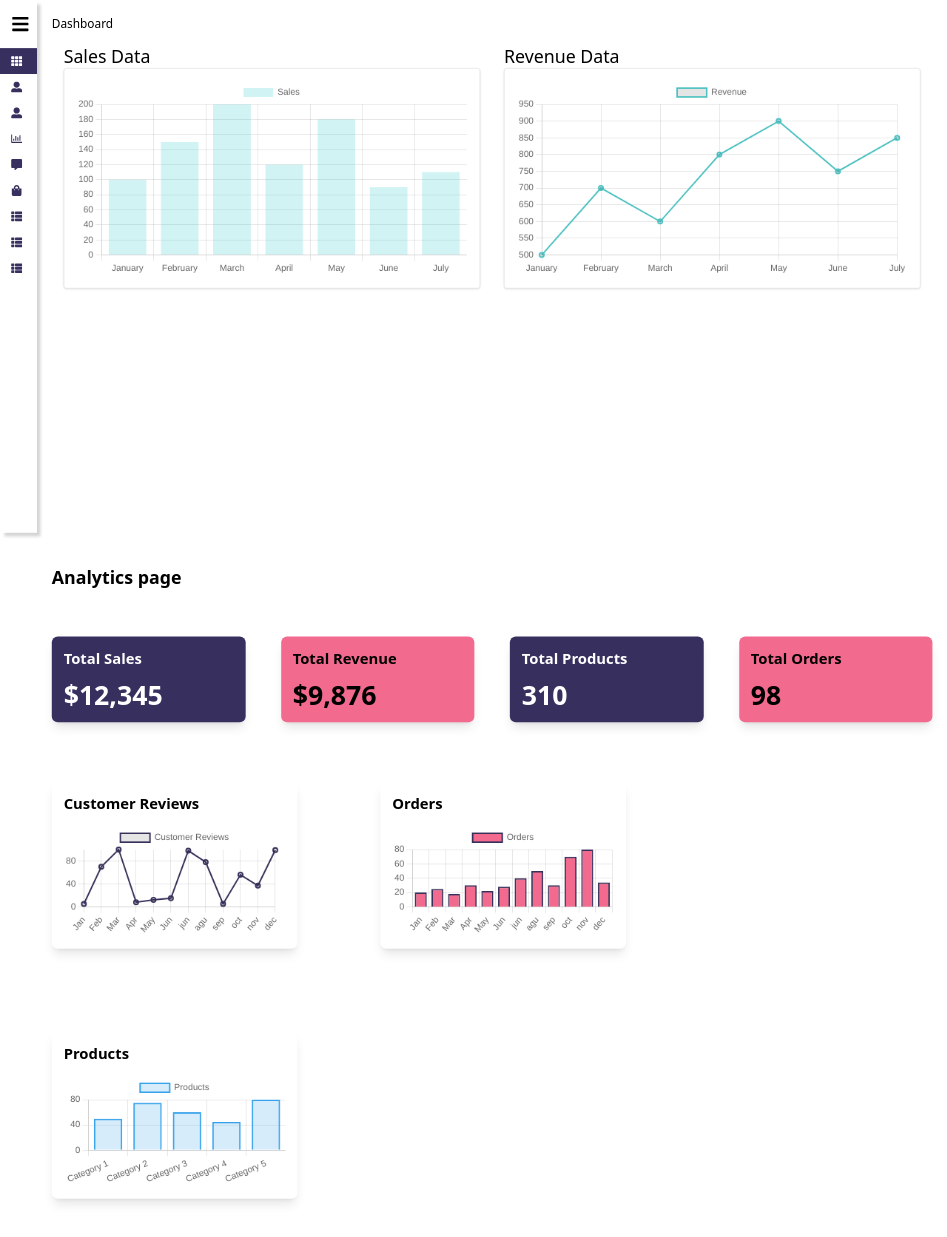
Repository: AndargWorku12/admin-dashboard
Page: /
An editor plug-in stored every save of this project. The page is shown before and after the next save, followed by the edit.
The browser window is 1280 px wide. The pictures show the whole page, at 74% of full size.
The project was rebuilt for these pictures with package versions that can differ from the ones it lists, and the page was loaded fresh each time. Also part of the build but not shown: src/styles/orders.css, src/pages/OrderTable.tsx, src/pages/OrderModal.tsx, src/pages/Orders.tsx, src/pages/CategoryDropdown.tsx, src/pages/CategoryModal.tsx, src/pages/CategoryPage.tsx, src/styles/login.css and 9 more.

Above is the page before, as saved 2024-02-02 02:48:31.

### src/index.tsx
import { ColorModeScript } from "@chakra-ui/react"
import * as React from "react"
import * as ReactDOM from "react-dom/client"
import App from "./App"
import './index.css'

const container = document.getElementById("root")
if (!container) throw new Error('Failed to find the root element');
const root = ReactDOM.createRoot(container)

root.render(

  <React.StrictMode>
    <ColorModeScript />
    <App />
  </React.StrictMode>,

)

### src/App.tsx

import React, {useState} from 'react';
import { BrowserRouter, Route, Routes } from 'react-router-dom';
import Sidebar from './components/Sidebar';
import Dashboard from './pages/Dashboard';
// import SignUpForm from './pages/LoginPopup'
import Orders from './pages/Orders';
import Category from './pages/CategoryPage';
import Login from './pages/Login'
import Analytics from './pages/Analytics';
import CustemerReview from './pages/CustemerReview';
import ProductList from './pages/ProductList';
import ShopCard from './pages/ShopCard';
import './App.css'
import SignUpForm from './pages/SignUpForm';
import ForgotPassword from './pages/ForgetPassword';
import AnalyticsPage from './pages/Analytics';



type SaleData = {
  date: string;
  amount: number;
};

type RevenueData = {
  month: string;
  revenue: number;
};

type Product = {
    id: string;
    photo: string;
    name: string;
    price: number;
    category: string;
};

type Order = {
    id: string;
    productName: string;
    quantity: number;
    totalPrice: number;

};

type CategoryType = {
  id: string;
  photo:string;
  name: string;
};



// Sample props for components
type DashboardProps = {
  saleData: SaleData[];
  revenueData: RevenueData[];
  // ... other props
};

type AnalyticsProps = {
  salesData: SaleData[];
  // ... other props
};

type ProductProps = {
  products: Product[];
  onUpdate: (productId: string, updatedProduct: Product) => void;

};




type OrderProps = {
  orders: Order[];
  // ... other props
};

type CategoryProps = {
  categories: CategoryType[];
  // ... other props
};







const App: React.FC = () => {


// for the product page to handle
  const [products, setProducts] = useState<Product[]>([


    {
      id: '1',
      photo: 'https://img.ltwebstatic.com/images3_pi/2022/01/10/16417919016a32607182dd11dedeb77e8324b683e8_thumbnail_900x.webp',
      name: 'Product 1',
      price: 29.99,
      category: 'Electronics',
    },
    {
      id: '2',
      photo: 'https://img.ltwebstatic.com/images3_pi/2022/01/10/16417919016a32607182dd11dedeb77e8324b683e8_thumbnail_900x.webp',
      name: 'Product 2',
      price: 49.99,
      category: 'Clothing',
    },
    {
      id: '3',
      photo: 'https://img.ltwebstatic.com/images3_pi/2022/01/10/16417919016a32607182dd11dedeb77e8324b683e8_thumbnail_900x.webp',
      name: 'Product 3',
      price: 9.99,
      category: 'Books',
    },
    {
      id: '4',
      photo: 'https://img.ltwebstatic.com/images3_pi/2022/01/10/16417919016a32607182dd11dedeb77e8324b683e8_thumbnail_900x.webp',
      name: 'Product 4',
      price: 79.99,
      category: 'Home and Kitchen',
    },
    {
      id: '5',
      photo: 'https://img.ltwebstatic.com/images3_pi/2022/01/10/16417919016a32607182dd11dedeb77e8324b683e8_thumbnail_900x.webp',
      name: 'Product 5',
      price: 39.99,
      category: 'Toys',
    },



  ]);

  // Function to handle creating a new product
  const handleCreate = (newProduct: Product) => {
    setProducts((prevProducts) => [...prevProducts, newProduct]);
  };

  // Function to handle updating a product

  const handleUpdate = (productId: string, newName: string, newPrice: number) => {
    setProducts((prevProducts) =>
      prevProducts.map((product) =>
        product.id === productId
          ? { ...product, name: newName, price: newPrice }
          : product
      )
    );
  };



  // Function to handle deleting a product
  const handleDelete = (productId: string) => {
    setProducts((prevProducts) => prevProducts.filter((product) => product.id !== productId));
  };

//  for AnalyticsPage
// for category page


const [categories, setCategories] = useState<CategoryType[]>([
  {
    id: '1',
    photo: 'https://plus.unsplash.com/premium_photo-1661662850226-83c981ed4eba?w=500&auto=format&fit=crop&q=60&ixlib=rb-4.0.3&ixid=M3wxMjA3fDB8MHxzZWFyY2h8MXx8bGFwdG9wJTIwY29tcHV0ZXJ8ZW58MHx8MHx8fDA%3D',
    name: 'Category 1',
  },
  {
    id: '2',
    photo: 'https://plus.unsplash.com/premium_photo-1661662850226-83c981ed4eba?w=500&auto=format&fit=crop&q=60&ixlib=rb-4.0.3&ixid=M3wxMjA3fDB8MHxzZWFyY2h8MXx8bGFwdG9wJTIwY29tcHV0ZXJ8ZW58MHx8MHx8fDA%3D',
    name: 'Category 2',
  },
  {
    id: '3',
    photo: 'https://plus.unsplash.com/premium_photo-1661662850226-83c981ed4eba?w=500&auto=format&fit=crop&q=60&ixlib=rb-4.0.3&ixid=M3wxMjA3fDB8MHxzZWFyY2h8MXx8bGFwdG9wJTIwY29tcHV0ZXJ8ZW58MHx8MHx8fDA%3D',
    name: 'Category 3',
  },
  {
    id: '4',
    photo: 'https://plus.unsplash.com/premium_photo-1661662850226-83c981ed4eba?w=500&auto=format&fit=crop&q=60&ixlib=rb-4.0.3&ixid=M3wxMjA3fDB8MHxzZWFyY2h8MXx8bGFwdG9wJTIwY29tcHV0ZXJ8ZW58MHx8MHx8fDA%3D',
    name: 'Category 4',
  },

]);

// Function to handle creating a new category
// const handleCreateCategory = (newCategory: CategoryType) => {
//   setCategories((prevCategories) => [...prevCategories, newCategory]);
// };
const handleCreateCategory = (newCategory: CategoryType) => {
  // Add the new category to the list of categories
  setCategories((prevCategories) => [...prevCategories, newCategory]);
};

const handleUpdateCategory = (categoryId: string, newName: string) => {
  setCategories((prevCategories) =>
    prevCategories.map((category) =>
      category.id === categoryId ? { ...category, name: newName } : category
    )
  );
};

// Function to handle deleting a category
const handleDeleteCategory = (categoryId: string) => {
  setCategories((prevCategories) => prevCategories.filter((category) => category.id !== categoryId));
};

  const saleData: SaleData[] = [
    { date: '2022-01-01', amount: 100 },
    { date: '2022-01-02', amount: 150 },
    { date: '2022-01-03', amount: 200 },
    { date: '2022-01-04', amount: 120 },
    { date: '2022-01-05', amount: 180 },
    { date: '2022-01-06', amount: 90 },
    { date: '2022-01-07', amount: 110 },
    { date: '2022-01-08', amount: 130 },
    { date: '2022-01-09', amount: 170 },
    { date: '2022-01-10', amount: 160 },
  ];

  const revenueData: RevenueData[] = [
    { month: 'January', revenue: 500 },
    { month: 'February', revenue: 700 },
    { month: 'March', revenue: 600 },
    { month: 'April', revenue: 800 },
    { month: 'May', revenue: 900 },
    { month: 'June', revenue: 750 },
    { month: 'July', revenue: 850 },
    { month: 'August', revenue: 950 },
    { month: 'September', revenue: 700 },
    { month: 'October', revenue: 850 },
  ];


   const [orders, setOrders] = useState<Order[]>([
    {
      id: '1',
      productName: 'Laptop',
      quantity: 2,
      totalPrice: 2000,
    },
    {
      id: '2',
      productName: 'Smartphone',
      quantity: 3,
      totalPrice: 1200,
    },
    {
      id: '3',
      productName: 'Headphones',
      quantity: 1,
      totalPrice: 100,
    },
    {
      id: '4',
      productName: 'Camera',
      quantity: 1,
      totalPrice: 800,
    },

   ]);

  // Function to create a new order
  const handleCreateOrder = (newOrder: Order) => {
    setOrders((prevOrders) => [...prevOrders, newOrder]);
  };

  // Function to delete an order
  const handleDeleteOrder = (orderId: string) => {
    const updatedOrders = orders.filter(order => order.id !== orderId);
    setOrders(updatedOrders);
  };

  // Function to update an order
  const handleUpdateOrder = (orderId: string, updatedOrder: Order) => {
    // Placeholder implementation: Updating the order in the list
    setOrders((prevOrders) =>
      prevOrders.map((order) =>
        order.id === orderId ? { ...order, ...updatedOrder } : order
      )
    );
  };

  return (
    <div>
    <BrowserRouter>
    <Sidebar>
      <Routes>
        <Route path="/" element={<Dashboard saleData={saleData} revenueData={revenueData}  />} />
        <Route path="/dashboard" element={<Dashboard saleData={saleData} revenueData={revenueData}  />} />
       <Route path="/login" element={<Login/>}/>
       <Route path='/forget-password' element={<ForgotPassword/>}/>
        <Route path="/signup" element={<SignUpForm />} />
        <Route path="/review"element={<CustemerReview username="John" joinedDate="2022-01-01" reviewDate="2022-01-15" reviewText="Lorem ipsum" />}
/>

        <Route path="/analytics" element={<Analytics  />} />
        <Route
  path="/product"
  element={<ProductList />}
/>
        <Route path="/shop" element={<ShopCard />} />
        <Route
        path="/orders"
        element={
          <Orders
/>
        }
      />

        <Route
            path="/category"
            element={<Category />}
          />

      </Routes>
    </Sidebar>
  </BrowserRouter>
  </div>
  );
};

export default App;

### src/components/Sidebar.tsx
import React, { useState } from 'react';
import ReactNode from "react";
import {
    FaTh,
    FaBars,
    FaUserAlt,
    FaRegChartBar,
    FaCommentAlt,
    FaShoppingBag,
    FaThList
} from 'react-icons/fa';
import { NavLink, NavLinkProps } from 'react-router-dom';



interface MenuItem {
    path: string;
    name: string;
    icon: JSX.Element;
}

interface SidebarProps {
  children: React.ReactNode;
}
    const Sidebar: React.FC<React.PropsWithChildren<{}>> = ({ children }) => {
    const [isOpen, setIsOpen] = useState(false);

    const toggle = () => setIsOpen(!isOpen);

    const menuItems: MenuItem[] = [
        {
            path: '/',
            name: 'Dashboard',
            icon: <FaTh />,
        },
        {
            path: '/login',
            name: 'Login',
            icon: <FaUserAlt />,
        },
        {
          path: '/signup',
          name: 'Register form',
          icon: <FaUserAlt />,
      },
        {
            path: '/analytics',
            name: 'Analytics',
            icon: <FaRegChartBar />,
        },
        {
            path: '/review',
            name: 'CustemerReview',
            icon: <FaCommentAlt />,
        },
        {
            path: '/product',
            name: 'Product',
            icon: <FaShoppingBag />,
        },
        {
            path: '/category',
            name: 'Category List',
            icon: <FaThList />,
        },
        {
          path: '/orders',
          name: 'Orders',
          icon: <FaThList />,
      },
      {
        path: '/shop',
        name: 'Sample product',
        icon: <FaThList />,
    },
    ];

    return (
        <div className="container">
            <div style={{ width: isOpen ? '200px' : '50px' }} className="sidebar">
                <div className="top_section">
                    <h1 style={{ display: isOpen ? 'block' : 'none' }} className="logo">
                        Logo
                    </h1>
                    <div style={{ marginLeft: isOpen ? '50px' : '0px' }} className="bars">
                        <FaBars onClick={toggle} />
                    </div>
                </div>
                {menuItems.map((item, index) => (
                    <NavLink to={item.path} key={index} className="link"
                    //  activeClassName="active"
                     >
                        <div className="icon">{item.icon}</div>
                        <div style={{ display: isOpen ? 'block' : 'none' }} className="link_text text-sm">
                            {item.name}
                        </div>
                    </NavLink>
                ))}
            </div>
            <main>{children}</main>
        </div>
    );
};

export default Sidebar;

### src/pages/Dashboard.tsx
import React from 'react';
import { Bar, Line } from 'react-chartjs-2';
import {
  Chart as ChartJS,
  CategoryScale,
  LinearScale,
  BarElement,
  PointElement,
  LineElement,
  Title,
  Tooltip,
  Legend,
} from 'chart.js';
import AnalyticsPage from './Analytics';

ChartJS.register(
  CategoryScale,
  LinearScale,
  BarElement,
  PointElement,
  LineElement,
  Title,
  Tooltip,
  Legend
);
// import Chart from 'chart.js/auto';
// Assuming saleData and revenueData are custom types
type SaleData = {
  date: string;
  amount: number;
};

type RevenueData = {
  month: string;
  revenue: number;
};

interface DashboardProps {
  saleData: SaleData[];
  revenueData: RevenueData[];
}

const Dashboard: React.FC<DashboardProps> = ({ saleData, revenueData }) => {
  const barChartData = {
    labels: ['January', 'February', 'March', 'April', 'May', 'June', 'July'],
    datasets: [
      {
        label: 'Sales',
        data: saleData.map((data) => data.amount),
        backgroundColor: 'rgba(34,192,192,0.2)',



      },
    ],
  };

  const lineChartData = {
    labels: ['January', 'February', 'March', 'April', 'May', 'June', 'July'],
    datasets: [
      {
        label: 'Revenue',
        data: revenueData.map((data) => data.revenue),
        fill: false,
        borderColor: 'rgba(75,192,192,1)',
        borderWidth: 2,
        //some thing


      },
    ],
  };

  return (
    <div>
      <h2>Dashboard</h2>
<div className="flex h-screen">
      <div className="flex-1 max-w-screen-md p-4">
        <h3 className="text-2xl">Sales Data</h3>
        <div className="border p-4 bg-white rounded shadow">
        <Bar data={barChartData} />
      </div>
      </div>

      <div className="flex-1 max-w-screen-md p-4">
        <h3 className="text-2xl">Revenue Data</h3>
        <div className="border p-4 bg-white rounded shadow" >
        <Line data={lineChartData} />
        </div>
      </div>
      </div>
      <div>
      <AnalyticsPage/>
      </div>
    </div>
  );
};

export default Dashboard;











// import React from 'react';
// import { Bar, Line } from 'react-chartjs-2';

// interface DashboardProps {
//   saleData: saleData[];
//   revenueData: revenueData[];
// }

// const Dashboard: React.FC<DashboardProps> = ({ saleData, revenueData }) => {
//   const barChartData = {
//     labels: ['January', 'February', 'March', 'April', 'May', 'June', 'July'],
//     datasets: [
//       {
//         label: 'Sales',
//         data: saleData,
//         backgroundColor: 'rgba(75,192,192,0.2)',
//         borderColor: 'rgba(75,192,192,1)',
//         borderWidth: 1,
//       },
//     ],
//   };

//   const lineChartData = {
//     labels: ['January', 'February', 'March', 'April', 'May', 'June', 'July'],
//     datasets: [
//       {
//         label: 'Revenue',
//         data: revenueData,
//         fill: false,
//         borderColor: 'rgba(75,192,192,1)',
//         borderWidth: 2,
//       },
//     ],
//   };

//   return (
//     <div>
//       <h2>Dashboard</h2>

//       <div>
//         <h3>Sales Data</h3>
//         <Bar data={barChartData} />
//       </div>

//       <div>
//         <h3>Revenue Data</h3>
//         <Line data={lineChartData} />
//       </div>
//     </div>
//   );
// };

// export default Dashboard;

### src/pages/Analytics.tsx

// Install dependencies:
// npm install react-chartjs-2 chart.js

import React from 'react';
import { Bar, Line } from 'react-chartjs-2';
import '../styles/analytics.css'
const AnalyticsPage: React.FC = () => {
  // Sample data
  const customerReviewData = {
    labels: ['Jan', 'Feb', 'Mar', 'Apr', 'May', 'Jun','jun','agu','sep','oct','nov','dec'],
    datasets: [
      {
        label: 'Customer Reviews',
        data: [5, 70, 100, 8, 12, 15,98,78,5,56,37,99],
        borderColor: '#37305A',
        borderWidth: 2,
        fill: false,
      },
    ],
  };

  const ordersData = {
    labels: ['Jan', 'Feb', 'Mar', 'Apr', 'May', 'Jun','jun','agu','sep','oct','nov','dec'],
    datasets: [
      {
        label: 'Orders',
        data: [20, 25, 18, 30, 22, 28,40,50,30,70,80,34],
        backgroundColor: '#F26A8D',
        borderColor: '#37305A',
        borderWidth: 2,
      },
    ],
  };

  const productsData = {
    labels: ['Category 1', 'Category 2', 'Category 3', 'Category 4', 'Category 5'],
    datasets: [
      {
        label: 'Products',
        data: [50, 75, 60, 45, 80],
        backgroundColor: 'rgba(54, 162, 235, 0.2)',
        borderColor: 'rgba(54, 162, 235, 1)',
        borderWidth: 2,
      },
    ],
  };

  return (
    <>
    <h2 className='text-black font-bold text-2xl mb-16'>Analytics page</h2>

    <div className="col-span-4 md:col-span-2 lg:col-span-1 flex justify-between gap-8 mb-20 ">
          <div className="card1 p-4 rounded-lg shadow-lg flex-1 mr-4">
            <h2 className="text-xl font-bold mb-4">Total Sales</h2>
            <p className="text-4xl font-bold">$12,345</p>
          </div>
                {/* <div className='gap-8 col-span-3 md:col-span-2 lg:col-span-1 flex justify-between w-48'> */}
          <div className=" card2 p-4 rounded-lg shadow-lg flex-1 mr-4">
            <h2 className="text-xl font-bold mb-4">Total Revenue</h2>
            <p className="text-4xl font-bold">$9,876</p>
          </div>



          <div className="card1 p-4 rounded-lg shadow-lg flex-1 mr-4">
            <h2 className="text-xl font-bold mb-4">Total Products</h2>
            <p className="text-4xl font-bold">310</p>
          </div>


          <div className="card2 p-4 rounded-lg shadow-lg flex-1">
            <h2 className="text-xl font-bold mb-4">Total Orders</h2>
            <p className="text-4xl font-bold">98</p>
          </div>
          {/* <div className="bg-white p-4 rounded-lg shadow-lg flex-1">
            <h2 className="text-xl font-bold mb-4">Total Categories</h2>
            <p className="text-4xl font-bold">15</p>
          </div> */}
          {/* </div> */}
        </div>
    <div className="container mx-auto my-8 ">

      <div className="grid grid-cols-1 md:grid-cols-1 lg:grid-cols-2 gap-28">
        {/* Customer Reviews Chart */}
        <div className="bg-white p-4 rounded-lg shadow-lg ">
          <h2 className="text-xl font-bold mb-4">Customer Reviews</h2>
          <Line data={customerReviewData} />
        </div>

        {/* Orders Chart */}
        <div className="bg-white p-4 rounded-lg shadow-lg">
          <h2 className="text-xl font-bold mb-4">Orders</h2>
          <Bar data={ordersData} />
        </div>

        {/* Products Chart */}
        <div className="bg-white p-4 rounded-lg shadow-lg ">
          <h2 className="text-xl font-bold mb-4">Products</h2>
          <Bar data={productsData} />
        </div>

        {/* Total Metrics Cards */}
        <div className='col-span-3 md:col-span-2 lg:col-span-1 flex justify-between gap-10'>


        {/* <div className="col-span-3 md:col-span-2 lg:col-span-1 flex justify-between gap-8 w-48">
          <div className="bg-white p-4 rounded-lg shadow-lg flex-1 mr-4">
            <h2 className="text-xl font-bold mb-4">Total Reviews</h2>
            <p className="text-4xl font-bold">135</p>
          </div>




        </div> */}


        </div>
      </div>
    </div>
    </>
  );
};

export default AnalyticsPage;

### src/App.css
* {
    margin: 0;
    padding: 0;
    text-decoration: none;
    /* background: #fff; */
    /* color: #fff; */
    /* background: #0e1630 */
    /* background-color: #0e1630; */
}

.container {
    display: flex;
}

main {
    width: 100%;
    padding: 20px;
}

.sidebar {
    background: #fff;
    /* background: #0e1630; */
    box-shadow: 5px 5px 4px rgb(212, 212, 212);
    color: #000;
    height: 100vh;
    width: 200px;
    transition: all 0.5s;
}

.top_section {
    display: flex;
    align-items: center;
    padding: 20px 15px;
}

.logo {
    font-size: 30px;
}

.bars {
    display: flex;
    font-size: 25px;
    margin-left: 50px;
}

.link {
    display: flex;
    color: #37305F;
    padding: 10px 15px;
    gap: 15px;
    transition: all 0.5s;
}

.link:hover {
    background: #37305F;
    color: #fff;
    transition: all 0.5s;
}

.active {
    background: #37305F;
    color: #fff;
}

.icon,
.link_text {
    font-size: 15px;
}

### src/styles/analytics.css
.card1 {
    background: #37305F;
    color: #fff;
}

.card2 {
    background: #F26A8D;
    color: black;
}

Loaded but not shown: public/index.html (common file); src/index.css (common file); tailwind.config.js (common file)

After the next save:
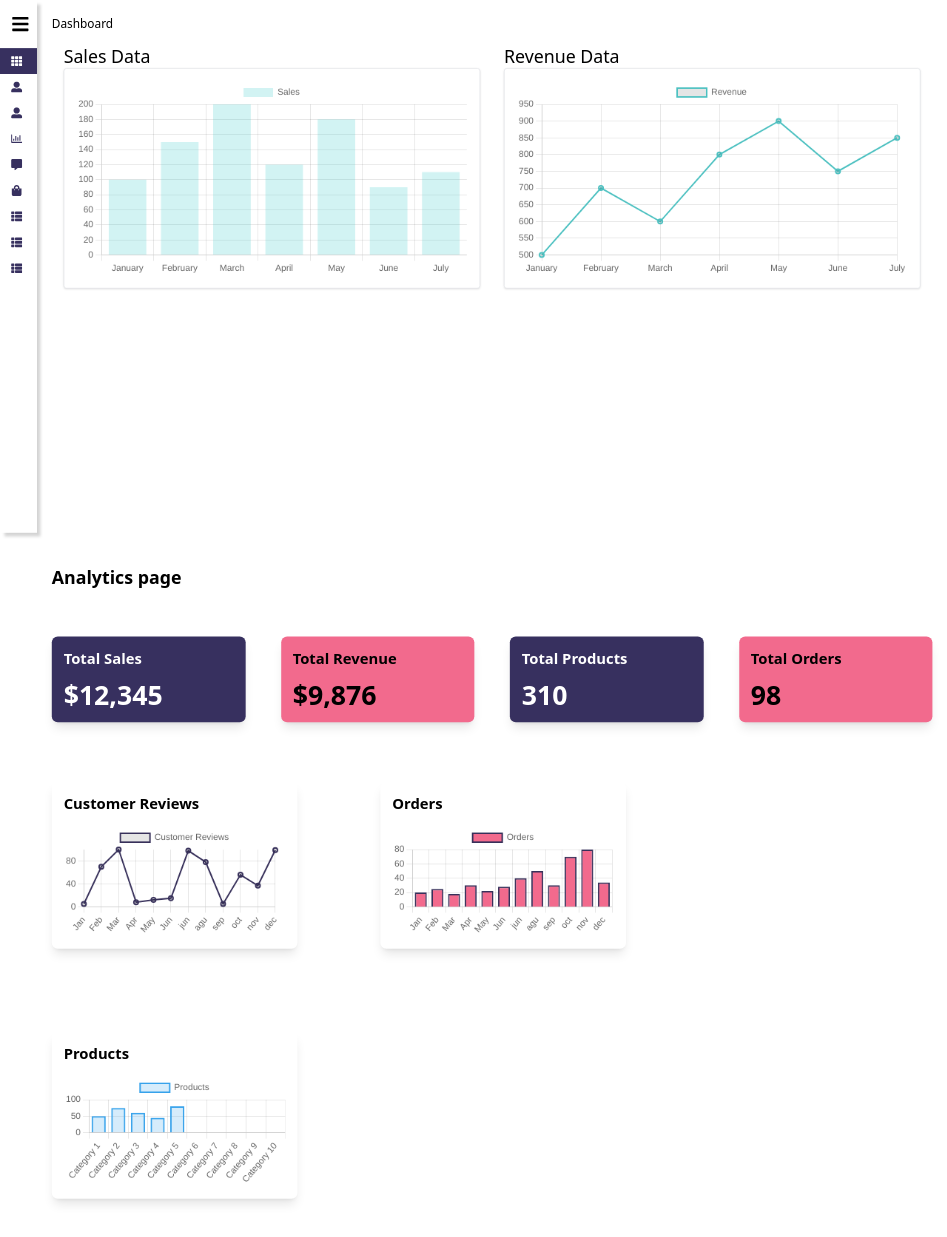
Saved 75 s later.
--- a/src/pages/Analytics.tsx
+++ b/src/pages/Analytics.tsx
@@ -34,7 +34,7 @@ const AnalyticsPage: React.FC = () => {
   };
 
   const productsData = {
-    labels: ['Category 1', 'Category 2', 'Category 3', 'Category 4', 'Category 5'],
+    labels: ['Category 1', 'Category 2', 'Category 3', 'Category 4', 'Category 5','Category 6','Category 7','Category 8','Category 9','Category 10'],
     datasets: [
       {
         label: 'Products',
